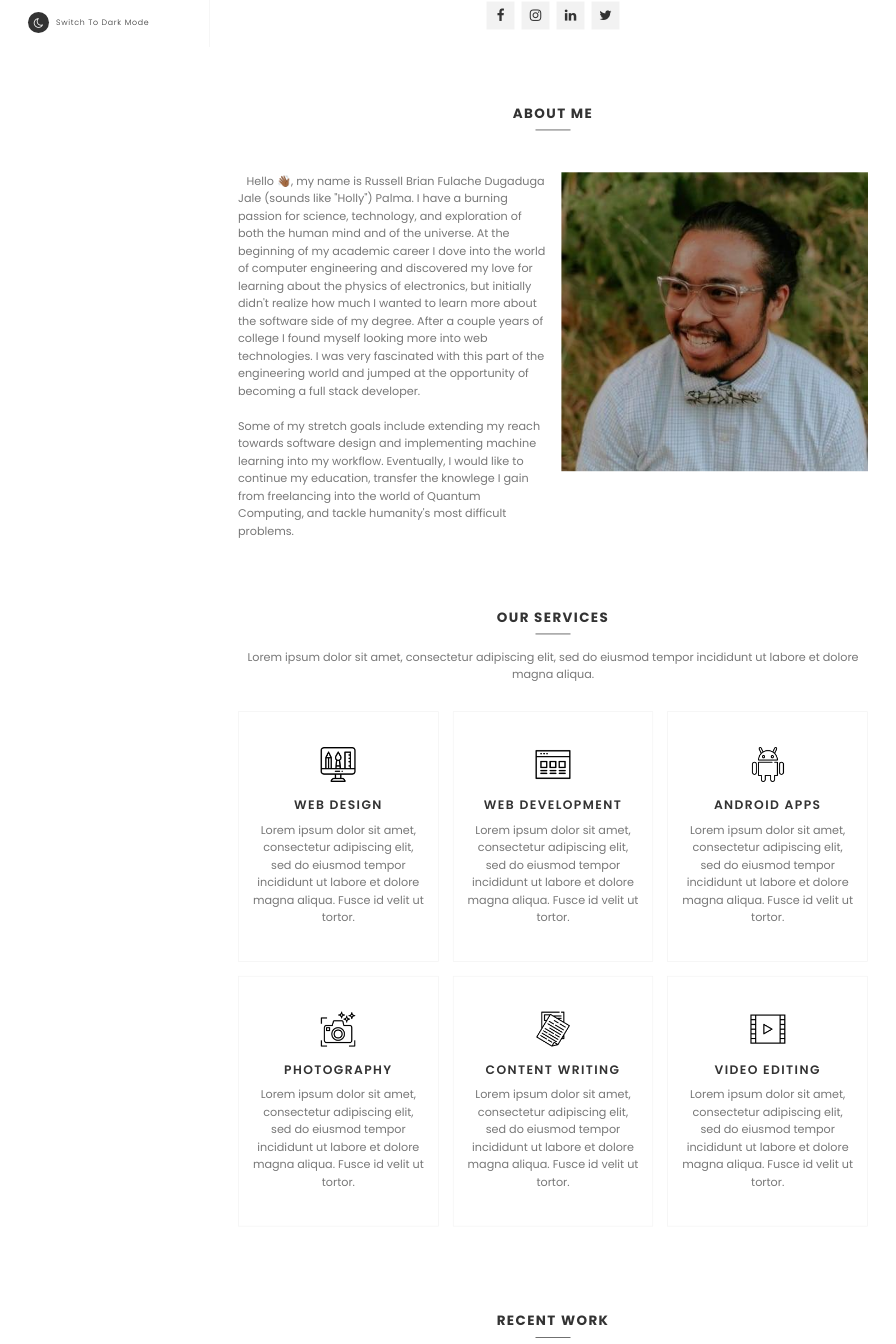
Repository: RussPalms/portforlio-1
Page: index.html
The author's editor kept a copy of each file at every save. The page is drawn from the files as they stood at one save, then again after the next save.
The browser window is 1280 px wide. The pictures show the part of the page from y = 653 to 2573 px (the page is 5693 px tall before and 5702 px after), at 70% of full size.

Above is the page before, as saved 2021-11-28 16:27:16.

### index.html
<!DOCTYPE html>
<html>
	<head>
		<meta name="viewport" content="width=device-width, initial-scale=1.0" />
		<title>Complete Responsive Portfolio Website</title>
		<link
			rel="stylesheet"
			href="https://cdnjs.cloudflare.com/ajax/libs/font-awesome/4.7.0/css/font-awesome.css"
			integrity="sha512-5A8nwdMOWrSz20fDsjczgUidUBR8liPYU+WymTZP1lmY9G6Oc7HlZv156XqnsgNUzTyMefFTcsFH/tnJE/+xBg=="
			crossorigin="anonymous"
			referrerpolicy="no-referrer"
		/>
		<link rel="stylesheet" type="text/css" href="style.css" />
	</head>
	<body>
		<div class="container">
			<div class="navigation">
				<ul>
					<li><a href="#banner" onclick="toggleMenu();">Home</a></li>
					<li><a href="#about" onclick="toggleMenu();">About</a></li>
					<li><a href="#services" onclick="toggleMenu();">Services</a></li>
					<li><a href="#projects" onclick="toggleMenu();">Projects</a></li>
					<li><a href="#testimonials" onclick="toggleMenu();">Testimonials</a></li>
					<li><a href="#contact" onclick="toggleMenu();">Contact</a></li>
				</ul>
				<div class="themeSwitch"></div>
			</div>
			<div class="main">
				<div class="topbar">
					<a href="#" class="logo">Portfolio</a>
					<div class="toggle">
						<i class="fa fa-bars" aria-hidden="true"></i>
					</div>
				</div>

				<section class="banner" id="banner">
					<div class="content">
						<div class="imgBx">
							<img src="images/user.jpeg" />
						</div>
						<h3>Russell Palma</h3>
						<p>I'm a creative Full Stack Developer.</p>
						<a href="resume/index.html" class="btn"
							>Download My CV</a
						>
						<ul class="socialMedia">
							<li>
								<a href="#"
									><i
										class="fa fa-facebook"
										aria-hidden="true"
									></i
								></a>
							</li>
							<li>
								<a href="#"
									><i
										class="fa fa-instagram"
										aria-hidden="true"
									></i
								></a>
							</li>
							<li>
								<a href="#"
									><i
										class="fa fa-linkedin"
										aria-hidden="true"
									></i
								></a>
							</li>
							<li>
								<a href="#"
									><i
										class="fa fa-twitter"
										aria-hidden="true"
									></i
								></a>
							</li>
						</ul>
					</div>
				</section>

				<section class="about adjust" id="about">
					<div class="title">
						<h2>About Me</h2>
					</div>
					<div class="content">
						<div class="textBox">
							<p>
								&ensp; Hello 👋🏾, my name is Russell Brian Fulache Dugaduga Jale (sounds like "Holly") Palma.
								I have a burning passion for science,
								technology, and exploration of both the human mind and of the universe.
								At the beginning of my academic career I
								dove into the world of computer engineering and discovered my love for
								learning about the physics of electronics,
								but initially didn't realize how much I wanted to learn
								more about the software side of my degree. After a couple years of
								college I found myself looking more into web
								technologies. I was very fascinated with this
								part of the engineering world and jumped at the
								opportunity of becoming a full stack developer.
								<br /><br />Some of my stretch goals include
								extending my reach towards software design and implementing
								machine learning into my workflow. Eventually, I
								would like to continue my education, transfer
								the knowlege I gain from freelancing into the world of Quantum
								Computing, and tackle humanity's most difficult
								problems.
							</p>
						</div>
						<div class="imgBc">
							<img src="resume/me.jpg" />
						</div>
					</div>
				</section>

				<section class="services adjust" id="services">
					<div class="title">
						<h2>Our Services</h2>
						<p>
							Lorem ipsum dolor sit amet, consectetur adipiscing
							elit, sed do eiusmod tempor incididunt ut labore et
							dolore magna aliqua.
						</p>
					</div>
					<div class="content">
						<div class="serviceBox">
							<img src="images/icon1.png" />
							<h2>Web Design</h2>
							<p>
								Lorem ipsum dolor sit amet, consectetur
								adipiscing elit, sed do eiusmod tempor
								incididunt ut labore et dolore magna aliqua.
								Fusce id velit ut tortor.
							</p>
						</div>
						<div class="serviceBox">
							<img src="images/icon2.png" />
							<h2>Web Development</h2>
							<p>
								Lorem ipsum dolor sit amet, consectetur
								adipiscing elit, sed do eiusmod tempor
								incididunt ut labore et dolore magna aliqua.
								Fusce id velit ut tortor.
							</p>
						</div>
						<div class="serviceBox">
							<img src="images/icon3.png" />
							<h2>Android Apps</h2>
							<p>
								Lorem ipsum dolor sit amet, consectetur
								adipiscing elit, sed do eiusmod tempor
								incididunt ut labore et dolore magna aliqua.
								Fusce id velit ut tortor.
							</p>
						</div>
						<div class="serviceBox">
							<img src="images/icon4.png" />
							<h2>Photography</h2>
							<p>
								Lorem ipsum dolor sit amet, consectetur
								adipiscing elit, sed do eiusmod tempor
								incididunt ut labore et dolore magna aliqua.
								Fusce id velit ut tortor.
							</p>
						</div>
						<div class="serviceBox">
							<img src="images/icon5.png" />
							<h2>Content Writing</h2>
							<p>
								Lorem ipsum dolor sit amet, consectetur
								adipiscing elit, sed do eiusmod tempor
								incididunt ut labore et dolore magna aliqua.
								Fusce id velit ut tortor.
							</p>
						</div>
						<div class="serviceBox">
							<img src="images/icon6.png" />
							<h2>Video Editing</h2>
							<p>
								Lorem ipsum dolor sit amet, consectetur
								adipiscing elit, sed do eiusmod tempor
								incididunt ut labore et dolore magna aliqua.
								Fusce id velit ut tortor.
							</p>
						</div>
					</div>
				</section>

				<section class="projects adjust" id="projects">
					<div class="title">
						<h2>Recent Work</h2>
						<p>
							Lorem ipsum dolor sit amet, consectetur adipiscing
							elit, sed do eiusmod tempor incididunt ut labore et
							dolore magna aliqua.
						</p>
					</div>
					<div class="content">
						<div class="workBx">
							<div class="imgBx">
								<img src="images/img1.jpg" />
							</div>
							<div class="textBx">
								<h3>Project 1</h3>
							</div>
						</div>
						<div class="workBx">
							<div class="imgBx">
								<img src="images/img2.jpg" />
							</div>
							<div class="textBx">
								<h3>Project 2</h3>
							</div>
						</div>
						<div class="workBx">
							<div class="imgBx">
								<img src="images/img3.jpg" />
							</div>
							<div class="textBx">
								<h3>Project 3</h3>
							</div>
						</div>
						<div class="workBx">
							<div class="imgBx">
								<img src="images/img4.jpg" />
							</div>
							<div class="textBx">
								<h3>Project 4</h3>
							</div>
						</div>
						<div class="workBx">
							<div class="imgBx">
								<img src="images/img5.jpg" />
							</div>
							<div class="textBx">
								<h3>Project 5</h3>
							</div>
						</div>
						<div class="workBx">
							<div class="imgBx">
								<img src="images/img6.jpg" />
							</div>
							<div class="textBx">
								<h3>Project 6</h3>
							</div>
						</div>
						<div class="workBx">
							<div class="imgBx">
								<img src="images/img7.jpg" />
							</div>
							<div class="textBx">
								<h3>Project 7</h3>
							</div>
						</div>
						<div class="workBx">
							<div class="imgBx">
								<img src="images/img8.jpg" />
							</div>
							<div class="textBx">
								<h3>Project 8</h3>
							</div>
						</div>
						<div class="workBx">
							<div class="imgBx">
								<img src="images/img9.jpg" />
							</div>
							<div class="textBx">
								<h3>Project 9</h3>
							</div>
						</div>
					</div>
				</section>

				<section class="testimonials adjust" id="testimonials">
					<div class="title">
						<h2>Testimonials</h2>
						<p>
							Lorem ipsum dolor sit amet, consectetur adipiscing
							elit, sed do eiusmod tempor incididunt ut labore et
							dolore magna aliqua.
						</p>
					</div>
					<div class="content">
						<div class="testimonialsBox">
							<div class="imgBx">
								<img src="images/user1.jpg" />
							</div>
							<p>
								Tortor condimentum lacinia quis vel eros. Sed
								euismod nisi porta lorem mollis aliquam ut
								porttitor leo. Sed euismod nisi porta lorem.
								Justo laoreet sit amet cursus sit amet dictum
								sit. Quam viverra orci sagittis eu volutpat odio
								facilisis mauris sit. Dui nunc mattis enim ut
								tellus elementum sagittis. Vitae nunc sed velit
								dignissim sodales. Massa sapien faucibus et
								molestie ac feugiat. Pulvinar sapien et ligula
								ullamcorper malesuada proin. Porttitor rhoncus
								dolor purus non enim praesent elementum
								facilisis leo.
							</p>
							<h4>
								Someone Famous<br /><span
									>Website Designer</span
								>
							</h4>
						</div>
						<div class="testimonialsBox">
							<div class="imgBx">
								<img src="images/user2.jpg" />
							</div>
							<p>
								Tortor condimentum lacinia quis vel eros. Sed
								euismod nisi porta lorem mollis aliquam ut
								porttitor leo. Sed euismod nisi porta lorem.
								Justo laoreet sit amet cursus sit amet dictum
								sit. Quam viverra orci sagittis eu volutpat odio
								facilisis mauris sit. Dui nunc mattis enim ut
								tellus elementum sagittis. Vitae nunc sed velit
								dignissim sodales. Massa sapien faucibus et
								molestie ac feugiat. Pulvinar sapien et ligula
								ullamcorper malesuada proin. Porttitor rhoncus
								dolor purus non enim praesent elementum
								facilisis leo.
							</p>
							<h4>
								Someone Famous<br /><span
									>Website Designer</span
								>
							</h4>
						</div>
						<div class="testimonialsBox">
							<div class="imgBx">
								<img src="images/user3.jpg" />
							</div>
							<p>
								Tortor condimentum lacinia quis vel eros. Sed
								euismod nisi porta lorem mollis aliquam ut
								porttitor leo. Sed euismod nisi porta lorem.
								Justo laoreet sit amet cursus sit amet dictum
								sit. Quam viverra orci sagittis eu volutpat odio
								facilisis mauris sit. Dui nunc mattis enim ut
								tellus elementum sagittis. Vitae nunc sed velit
								dignissim sodales. Massa sapien faucibus et
								molestie ac feugiat. Pulvinar sapien et ligula
								ullamcorper malesuada proin. Porttitor rhoncus
								dolor purus non enim praesent elementum
								facilisis leo.
							</p>
							<h4>
								Someone Famous<br /><span
									>Website Designer</span
								>
							</h4>
						</div>
						<div class="testimonialsBox">
							<div class="imgBx">
								<img src="images/user1.jpg" />
							</div>
							<p>
								Tortor condimentum lacinia quis vel eros. Sed
								euismod nisi porta lorem mollis aliquam ut
								porttitor leo. Sed euismod nisi porta lorem.
								Justo laoreet sit amet cursus sit amet dictum
								sit. Quam viverra orci sagittis eu volutpat odio
								facilisis mauris sit. Dui nunc mattis enim ut
								tellus elementum sagittis. Vitae nunc sed velit
								dignissim sodales. Massa sapien faucibus et
								molestie ac feugiat. Pulvinar sapien et ligula
								ullamcorper malesuada proin. Porttitor rhoncus
								dolor purus non enim praesent elementum
								facilisis leo.
							</p>
							<h4>
								Someone Famous<br /><span
									>Website Designer</span
								>
							</h4>
						</div>
					</div>
				</section>

				<section class="contact adjust" id="contact">
					<div class="title">
						<h2>Let's Say Hi</h2>
						<p>
							Gravida neque convallis a cras semper auctor neque
							vitae tempus.
						</p>
					</div>
					<div class="contactForm">
						<div class="row">
							<input
								type="text"
								name=""
								placeholder="first Name"
							/>
							<input
								type="text"
								name=""
								placeholder="Last Name"
							/>
						</div>
						<div class="row">
							<input
								type="text"
								name=""
								placeholder="Email address"
							/>
							<input
								type="text"
								name=""
								placeholder="Mobile No."
							/>
						</div>
						<div class="row2">
							<textarea placeholder="Message"></textarea>
						</div>
						<div class="row2">
							<input type="submit" value="Send" />
						</div>
					</div>
				</section>

                <div class="copyright">
                    <p>Copyright © 2021 PalmaView. All Rights Reserved.</p>
                <div>
			</div>
		</div>

		<script>
			let toggle = document.querySelector(".toggle");
			let topbar = document.querySelector(".topbar");
			let navigation = document.querySelector(".navigation");
			let main = document.querySelector(".main");
			let themeSwitch = document.querySelector(".themeSwitch");
			let body = document.querySelector("body");
			toggle.onclick = function () {
				toggle.classList.toggle("active");
				topbar.classList.toggle("active");
				navigation.classList.toggle("active");
				main.classList.toggle("active");
			};

			themeSwitch.onclick = function() {
				body.classList.toggle("dark");
			}

            function toggleMenu() {
                let navigation = document.querySelector(".navigation");
                let main = document.querySelector(".main");
                navigation.classList.remove("active");
				main.classList.remove("active");
            };
		</script>
	</body>
</html>

Loaded but not shown: style.css (674 lines, source omitted)

After the next save:
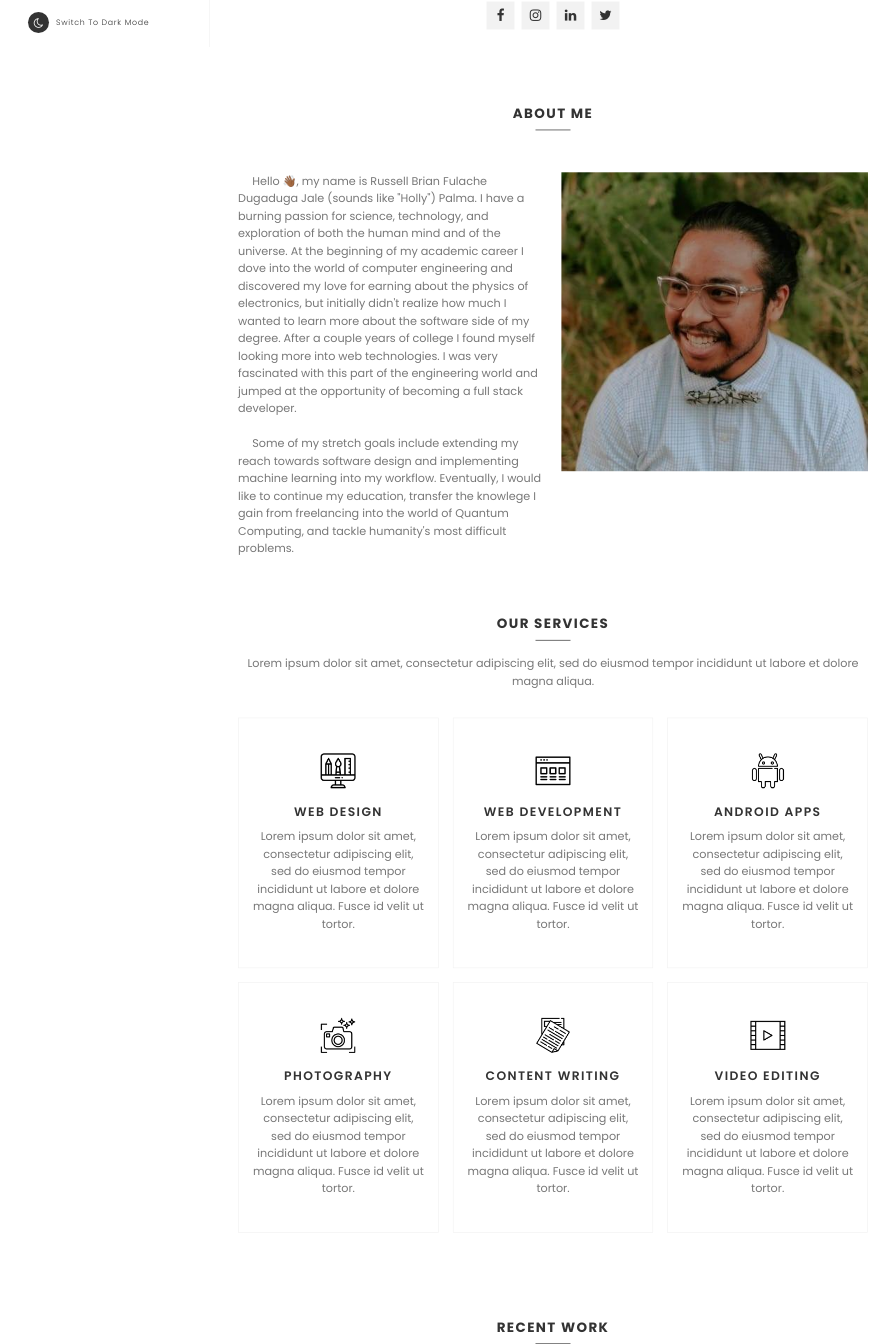
Saved 2 min 12 s later.
--- a/index.html
+++ b/index.html
@@ -87,19 +87,19 @@
 					<div class="content">
 						<div class="textBox">
 							<p>
-								&ensp; Hello 👋🏾, my name is Russell Brian Fulache Dugaduga Jale (sounds like "Holly") Palma.
-								I have a burning passion for science,
-								technology, and exploration of both the human mind and of the universe.
-								At the beginning of my academic career I
-								dove into the world of computer engineering and discovered my love for
-								learning about the physics of electronics,
-								but initially didn't realize how much I wanted to learn
-								more about the software side of my degree. After a couple years of
-								college I found myself looking more into web
-								technologies. I was very fascinated with this
-								part of the engineering world and jumped at the
-								opportunity of becoming a full stack developer.
-								<br /><br />Some of my stretch goals include
+								&emsp; Hello 👋🏾, my name is Russell Brian Fulache Dugaduga Jale
+								(sounds like "Holly") Palma. I have a burning passion for science,
+								technology, and exploration of both the human mind and of the
+								universe. At the beginning of my academic career I dove into the
+								world of computer engineering and discovered my love for earning
+								about the physics of electronics, but initially didn't realize how
+								much I wanted to learn more about the software side of my degree.
+								After a couple years of college I found myself looking more into web
+								technologies. I was very fascinated with this part of the
+								engineering world and jumped at the opportunity of becoming a full
+								stack developer.
+								<br /><br />
+								&emsp; Some of my stretch goals include
 								extending my reach towards software design and implementing
 								machine learning into my workflow. Eventually, I
 								would like to continue my education, transfer
